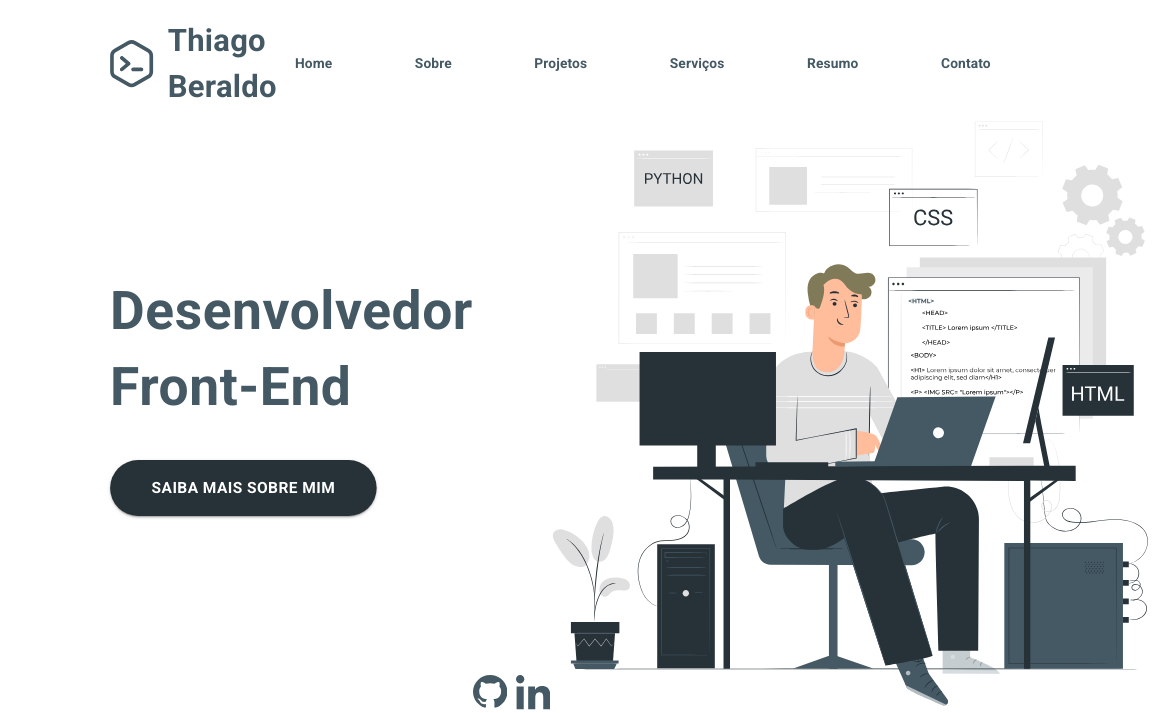
Repository: lenx0/myportfolio
Page: /
The author's editor kept a copy of each file at every save. The page is drawn from the files as they stood at one save, then again after the next save.
The browser window is 1280 px wide. The page is 1345 px wide, then 1280 px, so the pictures cover 1345 px, including what lies to the right of the window. The pictures show the whole page, at 86% of full size.
The project was rebuilt for these pictures with package versions that can differ from the ones it lists, and the page was loaded fresh each time. Also part of the build but not shown: vite.config.js.

Above is the page before, as saved 2024-06-07 11:12:41.

After the next save:
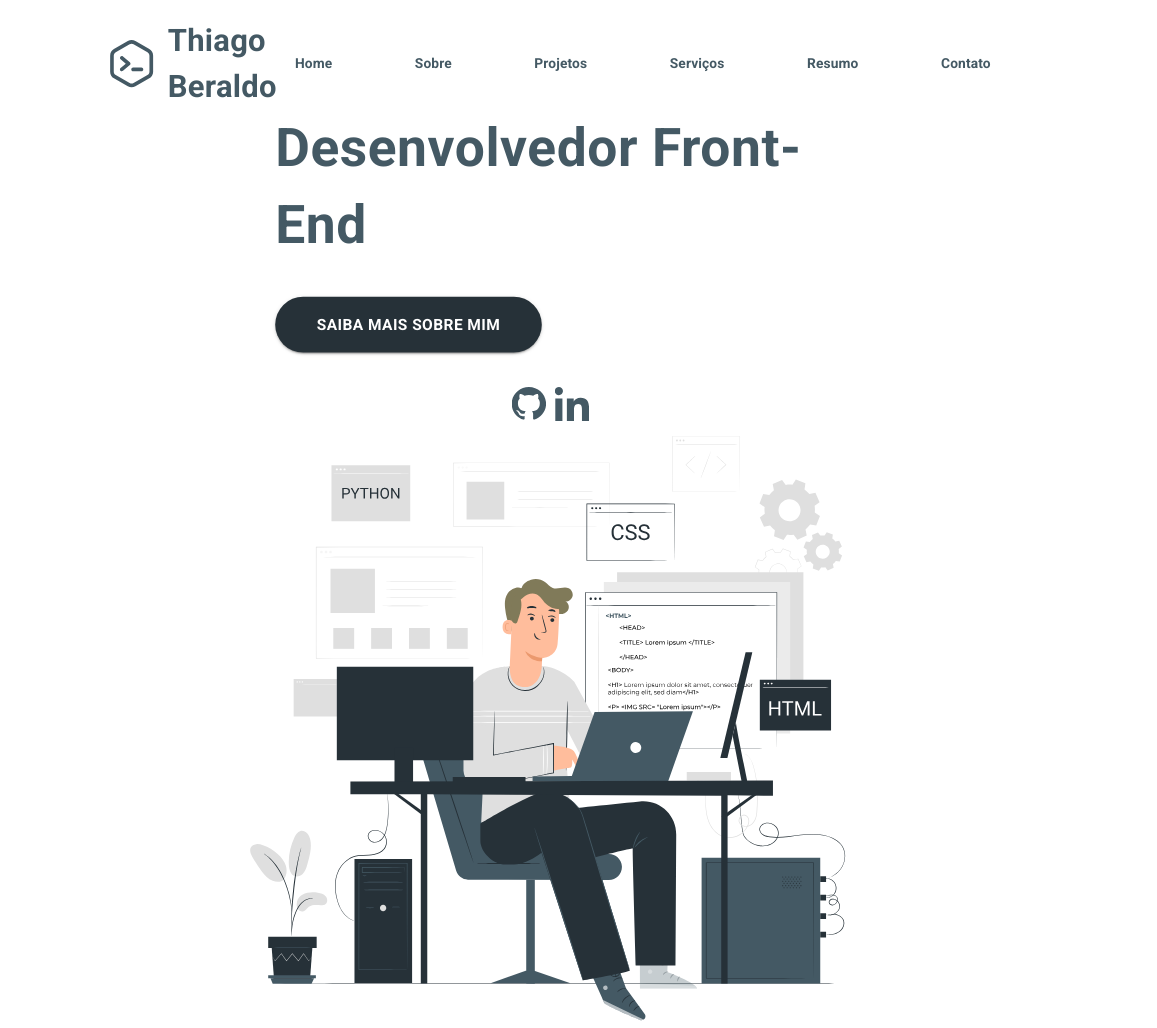
Saved 30 s later.
--- a/src/components/Styles/theme.js
+++ b/src/components/Styles/theme.js
@@ -6,8 +6,8 @@
         xs: 0,
         sm: 600,
         md: 1300,
-
-        xl: 1536
+        lg: 1200,
+        xl: 1375
       },
     },
   });
